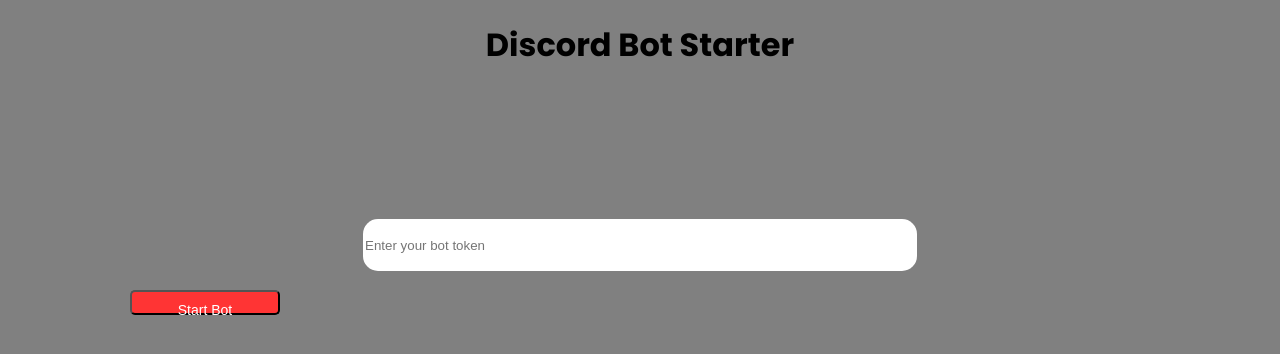
Repository: ranger2202/discord-bot-panel
Page: ranger-bot-runner/app/templates/landing.html
These files come from the project's save history. The page is drawn as it stood at one moment and after the next save; the edit follows.
The browser window is 1280 px wide. The pictures show the whole page.

Above is the page before, as saved 2023-12-30 12:10:05.

### ranger-bot-runner/app/templates/landing.html
<!DOCTYPE html>
<html lang="en">
<head>
    <meta charset="UTF-8">
    <meta name="viewport" content="width=device-width, initial-scale=1.0">
    <link rel="stylesheet" href="./../static/landing.css">
    <link rel="preconnect" href="https://fonts.googleapis.com">
    <link rel="preconnect" href="https://fonts.gstatic.com" crossorigin>
    <link href="https://fonts.googleapis.com/css2?family=Poppins:wght@400;500;600;700&display=swap" rel="stylesheet">
    <title>Discord Bot Starterqwrqwr</title>
</head>
<body>
    <h1 class="bot-header">Discord Bot Starter</h1>
    <div class="bot-token">
        <input class="bot-token-password" type="password" id="token" placeholder="Enter your bot token">
    </div>
    <div class="start-button">
        <button class="start-button" onclick="startBot()">Start Bot</button>
    </div>


    <script type="text/javascript" src="./../static/js/app.js"></script>
</body>
</html>

### ranger-bot-runner/app/static/landing.css
body {
    background-color: grey;
    padding: 0;
    margin: 0;
    font-family: 'Poppins', sans-serif;
}
.start-button{
    cursor: pointer;
    display: flex;
    justify-content: center;
    position: absolute;
    right: 500px;
    width: 150px;
    height: 25px;
    top: 145px;
}
.start-button button{
    display: inline-block;
    padding: 10px 20px;
    font-size: 14px;
    text-decoration: none;
    color: #ffffff;
    background-color: #FF3434;
    border-radius: 5px;
    transition: background-color 0.3s ease-in-out;
}
.bot-header{
    display: flex;
    justify-content: center;
}
.bot-token{
    display: flex;
    justify-content: center;
    margin-top: 150px;
}
.bot-token-password{
    width: 550px;
    height: 50px;
    border-radius: 15px;
    color: #000;
    border: none;

}

### ranger-bot-runner/app/static/js/app.js
function startBot() {
  var token = document.getElementById('token').value;
  fetch('/start_bot', {
      method: 'POST',
      headers: {
          'Content-Type': 'application/json',
      },
      body: JSON.stringify({ bot_token: token }),  // Adjusted to match server expectation
  })
  .then(response => response.json())
  .then(data => {
      alert(data.message);  // Display the server response message
  })
  .catch(error => {
      alert('There was an error somewhere.');
  });
}

After the next save:
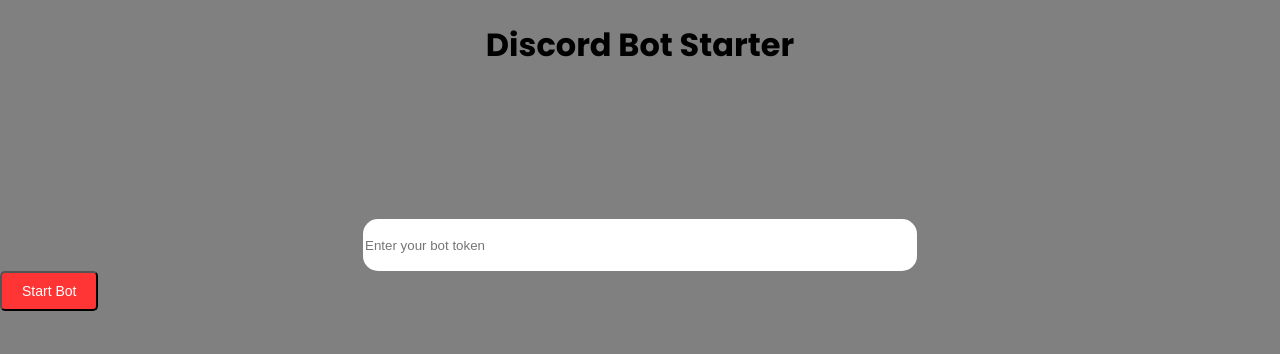
Saved 4 s later.
--- a/ranger-bot-runner/app/static/landing.css
+++ b/ranger-bot-runner/app/static/landing.css
@@ -3,16 +3,6 @@
     padding: 0;
     margin: 0;
     font-family: 'Poppins', sans-serif;
-}
-.start-button{
-    cursor: pointer;
-    display: flex;
-    justify-content: center;
-    position: absolute;
-    right: 500px;
-    width: 150px;
-    height: 25px;
-    top: 145px;
 }
 .start-button button{
     display: inline-block;

After the save that followed:
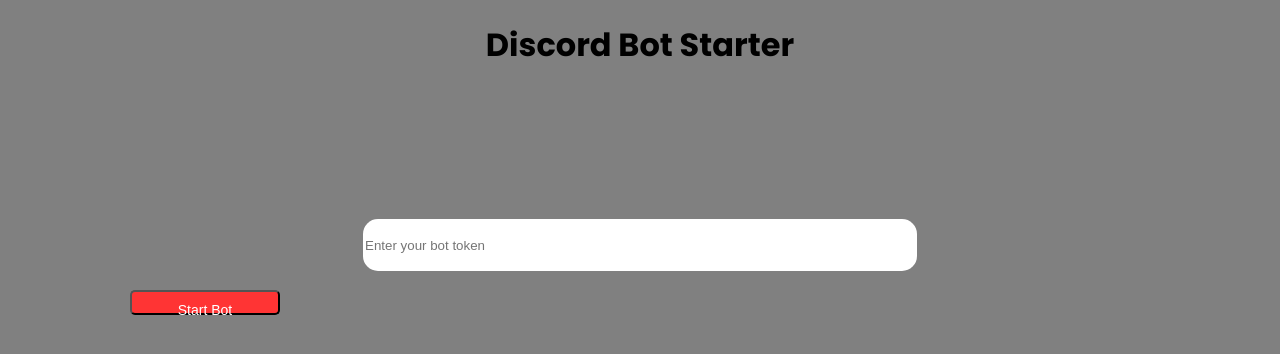
Saved 6 s later.
--- a/ranger-bot-runner/app/static/landing.css
+++ b/ranger-bot-runner/app/static/landing.css
@@ -3,6 +3,16 @@
     padding: 0;
     margin: 0;
     font-family: 'Poppins', sans-serif;
+}
+.start-button{
+    cursor: pointer;
+    display: flex;
+    justify-content: center;
+    position: absolute;
+    right: 500px;
+    width: 150px;
+    height: 25px;
+    top: 145px;
 }
 .start-button button{
     display: inline-block;
